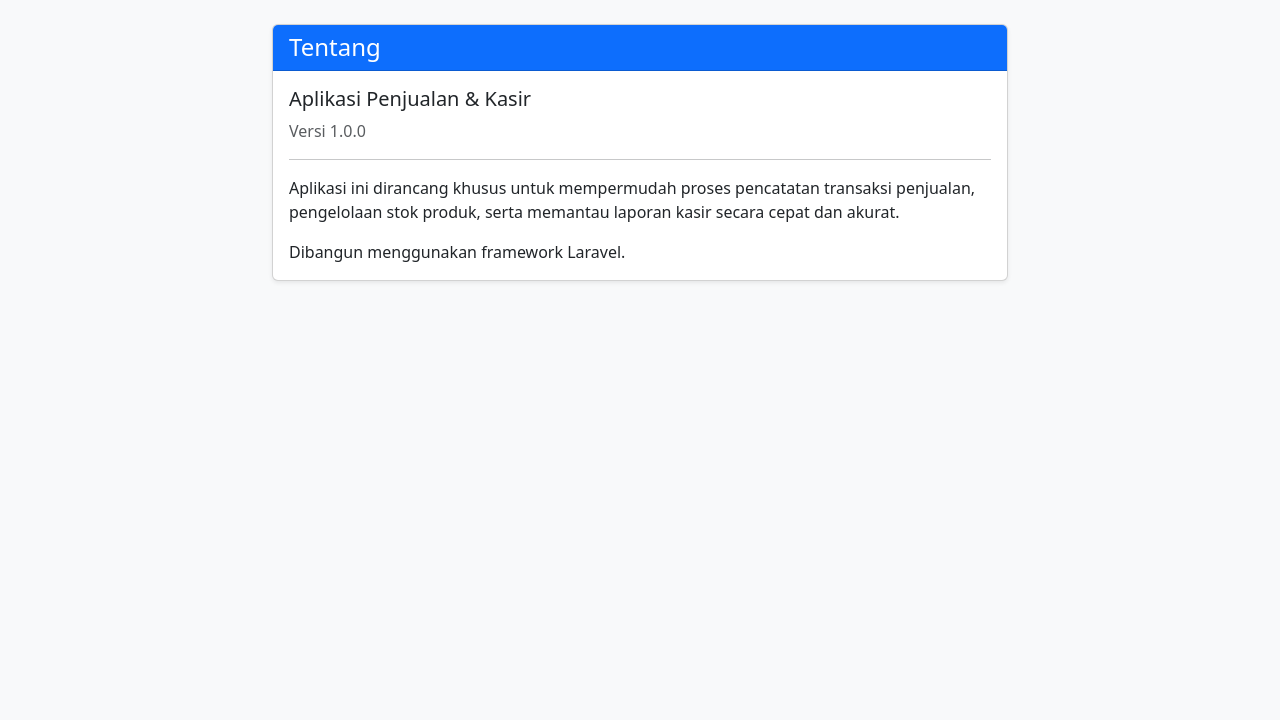
Repository: dheakhoerunnisaagustine/apk_pos4
Page: http://localhost/tentang
The author's editor kept a copy of each file at every save. The page is drawn from the files as they stood at one save, then again after the next save.
The browser window is 1280 px wide. The pictures show the whole page.
Some web fonts or font styles are not loaded; a fallback is used. The page is served by the project's Laravel application, run on PHP 8.4 with Laravel 12. A made-up administrator, Test User (test@example.com), is signed in. Style sheets and scripts are compiled from the project's sources, by tool versions that may differ from the author's.

Above is the page before, as saved 2026-08-19 08:19:07.

After the next save:
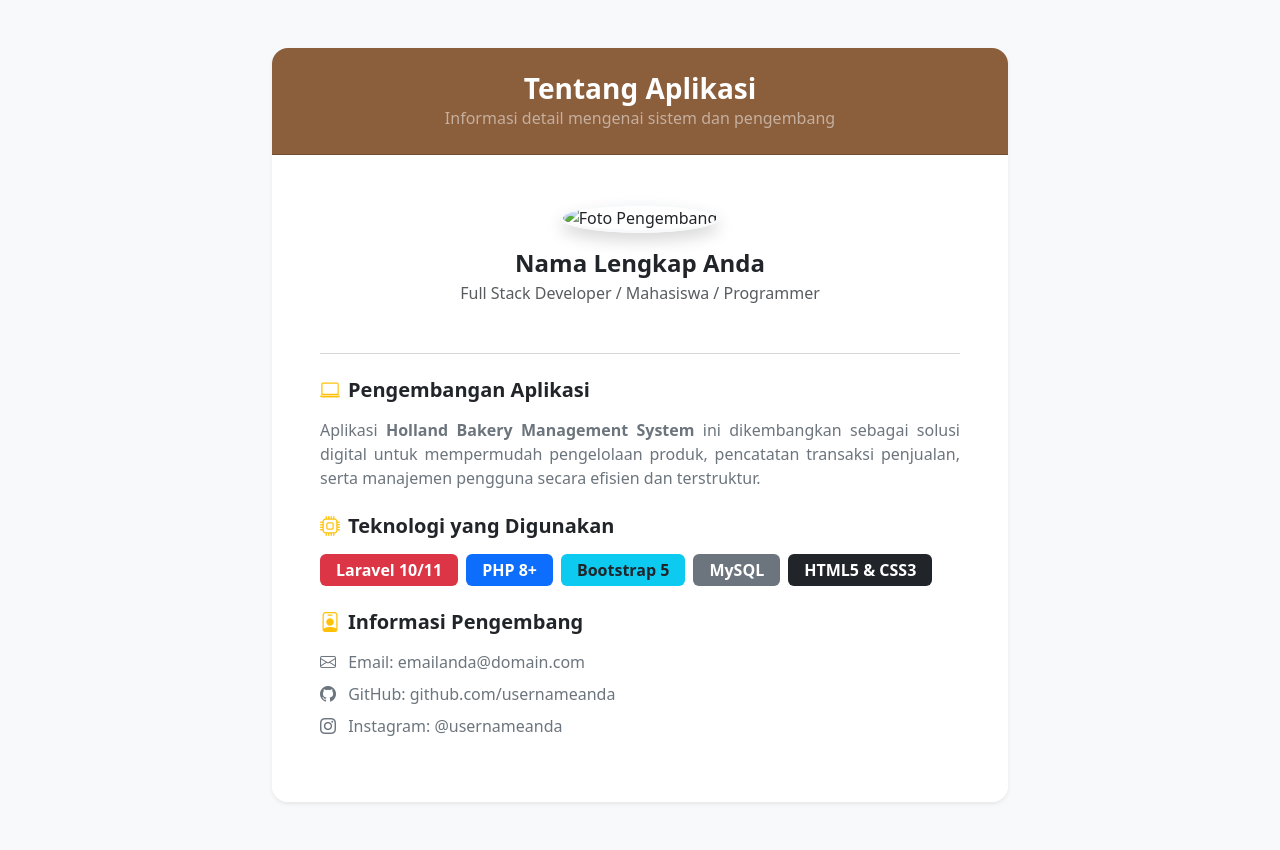
Saved 3 min 25 s later.
--- a/resources/views/tentang.blade.php
+++ b/resources/views/tentang.blade.php
@@ -1,22 +1,66 @@
 @extends('layouts.app') {{-- Sesuaikan dengan layout utama aplikasi Anda --}}
 
 @section('content')
-<div class="container py-4">
+<div class="container py-5">
     <div class="row justify-content-center">
         <div class="col-md-8">
-            <div class="card shadow-sm">
-                <div class="card-header bg-primary text-white">
-                    <h4 class="mb-0">Tentang</h4>
+            <div class="card shadow-sm border-0 rounded-4 overflow-hidden">
+                <div class="card-header text-white text-center py-4" style="background: #8B5E3C;">
+                    <h3 class="mb-0 fw-bold">Tentang Aplikasi</h3>
+                    <p class="mb-0 text-white-50">Informasi detail mengenai sistem dan pengembang</p>
                 </div>
-                <div class="card-body">
-                    <h5>Aplikasi Penjualan & Kasir</h5>
-                    <p class="text-muted">Versi 1.0.0</p>
-                    <hr>
-                    <p>
-                        Aplikasi ini dirancang khusus untuk mempermudah proses pencatatan transaksi penjualan,
-                        pengelolaan stok produk, serta memantau laporan kasir secara cepat dan akurat.
-                    </p>
-                    <p class="mb-0">Dibangun menggunakan framework Laravel.</p>
+
+                <div class="card-body p-4 p-md-5 bg-white">
+
+                    {{-- Bagian Foto dan Nama Pengembang --}}
+                    <div class="text-center mb-5">
+                        {{-- Ganti 'path/ke-foto-anda.jpg' dengan lokasi foto Anda, atau gunakan link gambar --}}
+                        <img src="{{ asset('images/foto-saya.jpg') }}" alt="Foto Pengembang"
+                            class="rounded-circle shadow mb-3 border border-3 border-light"
+                            style="width: 150px; height: 150px; object-fit: cover;">
+
+                        <h4 class="fw-bold mb-1">Nama Lengkap Anda</h4>
+                        <p class="text-muted">Full Stack Developer / Mahasiswa / Programmer</p>
+                    </div>
+
+                    <hr class="text-muted my-4">
+
+                    {{-- Informasi Pengembangan Aplikasi --}}
+                    <div class="mb-4">
+                        <h5 class="fw-bold text-dark mb-3">
+                            <i class="bi bi-laptop me-2 text-warning"></i>Pengembangan Aplikasi
+                        </h5>
+                        <p class="text-secondary" style="text-align: justify;">
+                            Aplikasi <strong>Holland Bakery Management System</strong> ini dikembangkan sebagai solusi digital untuk mempermudah pengelolaan produk, pencatatan transaksi penjualan, serta manajemen pengguna secara efisien dan terstruktur.
+                        </p>
+                    </div>
+
+                    {{-- Teknologi yang Digunakan --}}
+                    <div class="mb-4">
+                        <h5 class="fw-bold text-dark mb-3">
+                            <i class="bi bi-cpu me-2 text-warning"></i>Teknologi yang Digunakan
+                        </h5>
+                        <div class="d-flex flex-wrap gap-2">
+                            <span class="badge bg-danger px-3 py-2 fs-6">Laravel 10/11</span>
+                            <span class="badge bg-primary px-3 py-2 fs-6">PHP 8+</span>
+                            <span class="badge bg-info text-dark px-3 py-2 fs-6">Bootstrap 5</span>
+                            <span class="badge bg-secondary px-3 py-2 fs-6">MySQL</span>
+                            <span class="badge bg-dark px-3 py-2 fs-6">HTML5 & CSS3</span>
+                        </div>
+                    </div>
+
+                    {{-- Informasi Kontak / Pengembang --}}
+                    <div>
+                        <h5 class="fw-bold text-dark mb-3">
+                            <i class="bi bi-person-badge me-2 text-warning"></i>Informasi Pengembang
+                        </h5>
+                        <ul class="list-unstyled text-secondary">
+                            <li class="mb-2"><i class="bi bi-envelope me-2"></i> Email: emailanda@domain.com</li>
+                            <li class="mb-2"><i class="bi bi-github me-2"></i> GitHub: github.com/usernameanda</li>
+                            <li class="mb-2"><i class="bi bi-instagram me-2"></i> Instagram: @usernameanda</li>
+                        </ul>
+                    </div>
+
                 </div>
             </div>
         </div>
